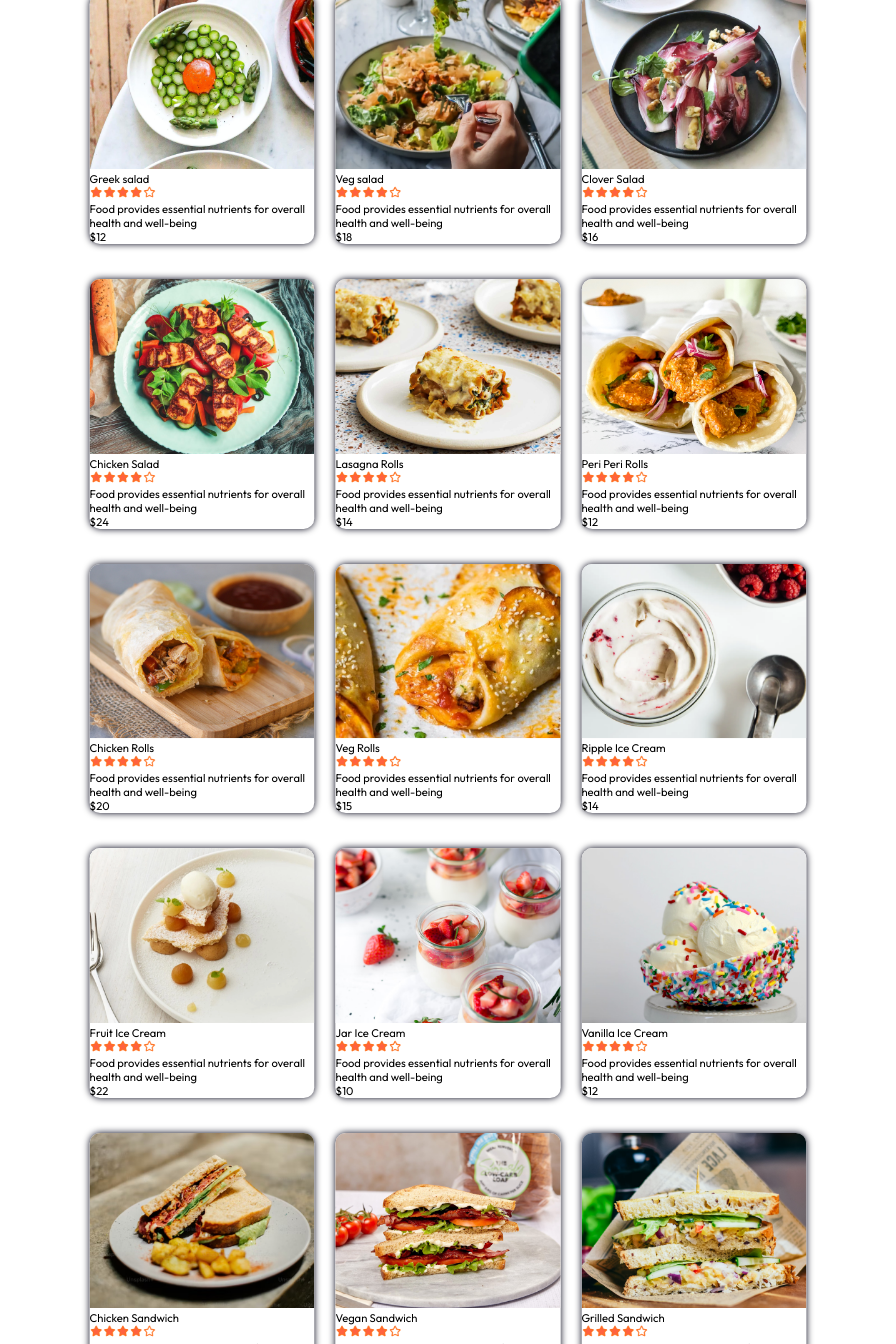
Repository: guilhermecardoso93/tomato-front-end
Page: /
These files come from the project's save history. The page is drawn as it stood at one moment and after the next save; the edit follows.
The browser window is 1280 px wide. The pictures show the part of the page from y = 1001 to 2921 px (the page is 5419 px tall before and 5859 px after), at 70% of full size.
The project was rebuilt for these pictures with package versions that can differ from the ones it lists, and the page was loaded fresh each time. Also part of the build but not shown: vite.config.js, src/pages/Cart/styles.css, src/pages/Cart/index.jsx, src/pages/PlaceOrder/styles.css, src/pages/PlaceOrder/index.jsx.

Above is the page before, as saved 2024-10-30 19:34:13.

After the next save:
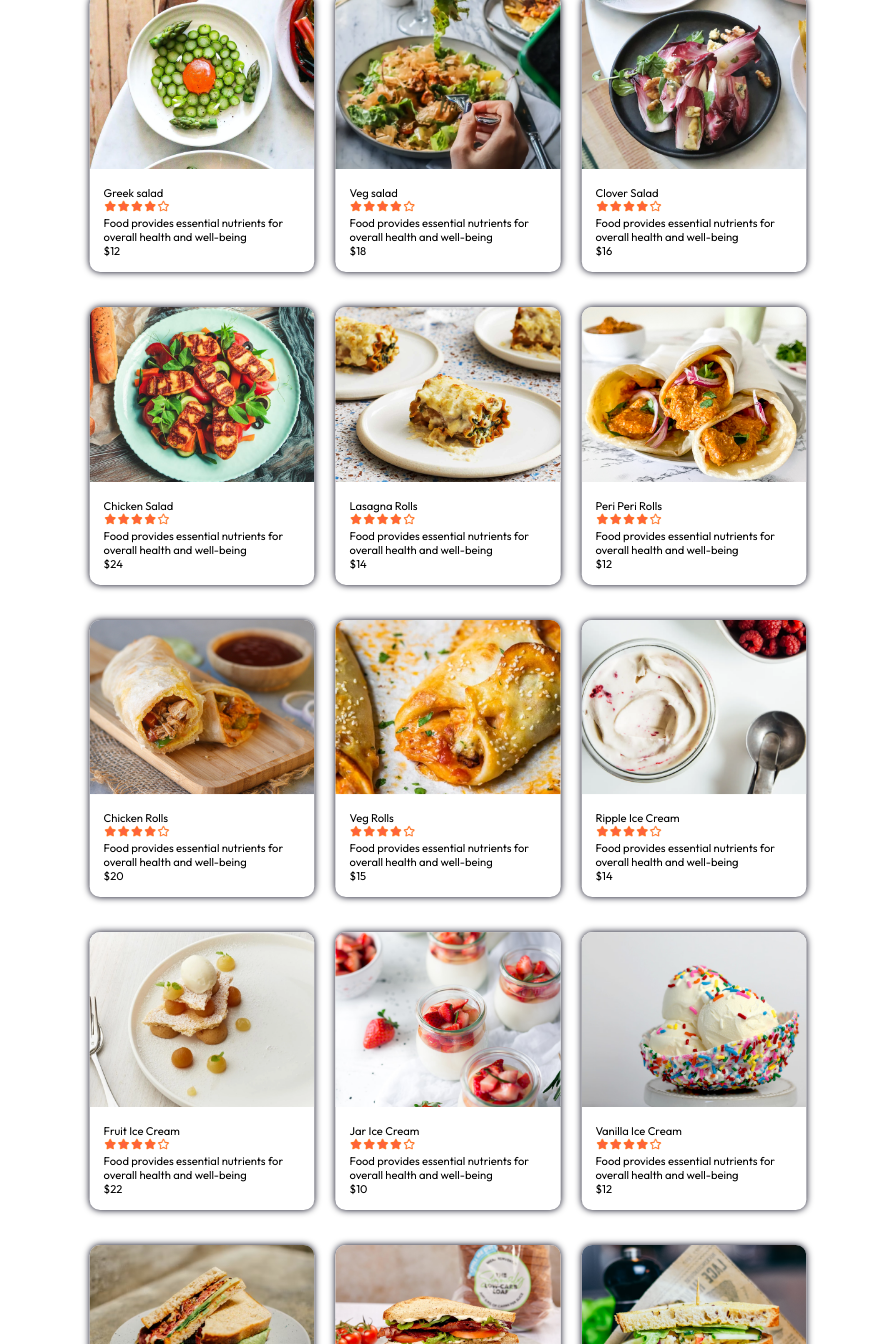
Saved 43 s later.
--- a/src/components/FoodItem/styles.css
+++ b/src/components/FoodItem/styles.css
@@ -4,10 +4,14 @@
   border-radius: 15px;
   box-shadow: 0px 0px 10px #000015;
   transition: 0.3s;
-  animation: fadeIn .3s;
+  animation: fadeIn 1s;
 }
 
 .food-item-image {
   width: 100%;
-  border-radius: 15px 15px 0px 0px ;
+  border-radius: 15px 15px 0px 0px;
 }
+
+.food-item-info {
+  padding: 20px;
+}
